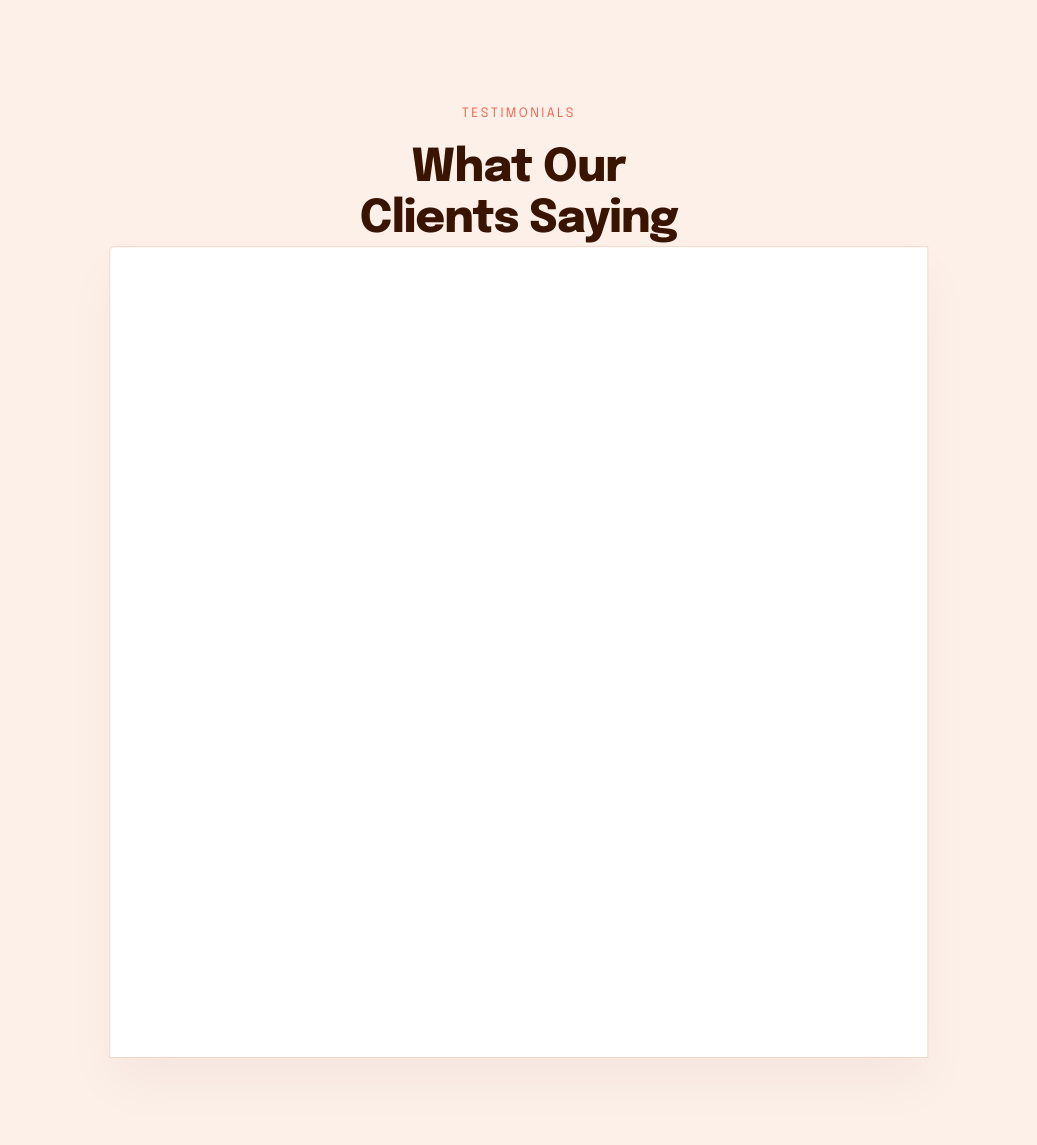
Repository: simralgasimov/task
Page: index.html
These files come from the project's save history. The page is drawn as it stood at one moment and after the next save; the edit follows.
The browser window is 1280 px wide. The pictures show the whole page, at 81% of full size.

Above is the page before, as saved 2023-09-06 13:34:03.

After the next save:
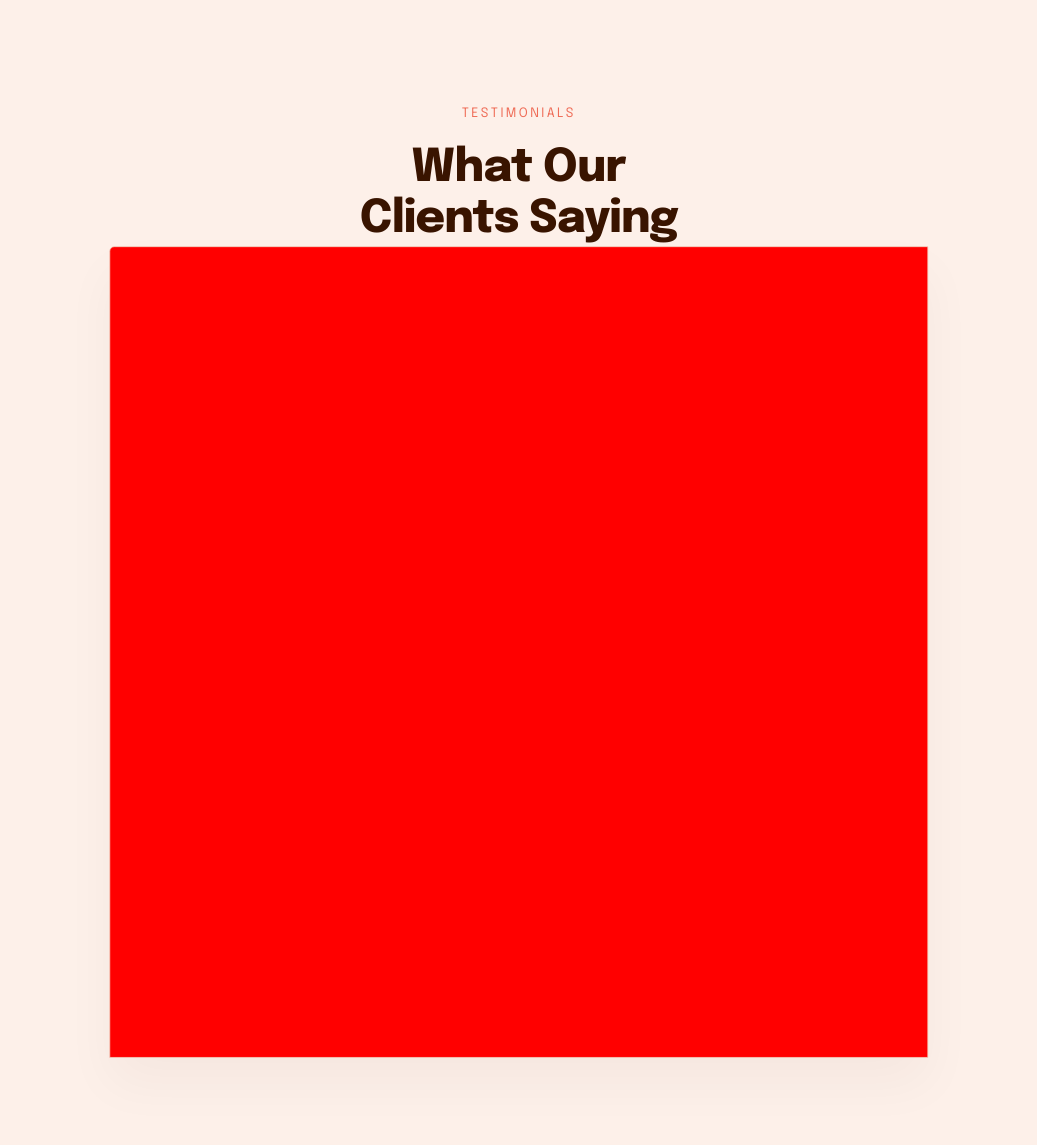
Saved 28 s later.
--- a/index.css
+++ b/index.css
@@ -42,7 +42,6 @@ background-color: red;
 
   border-radius: 6px 0px 0px 0px;
   border: 1px solid #f3d1bf;
-  background: #fff;
   box-shadow: 0px 32px 64px 0px rgba(57, 20, 0, 0.04);
 }
 .container .comment .left-box,
